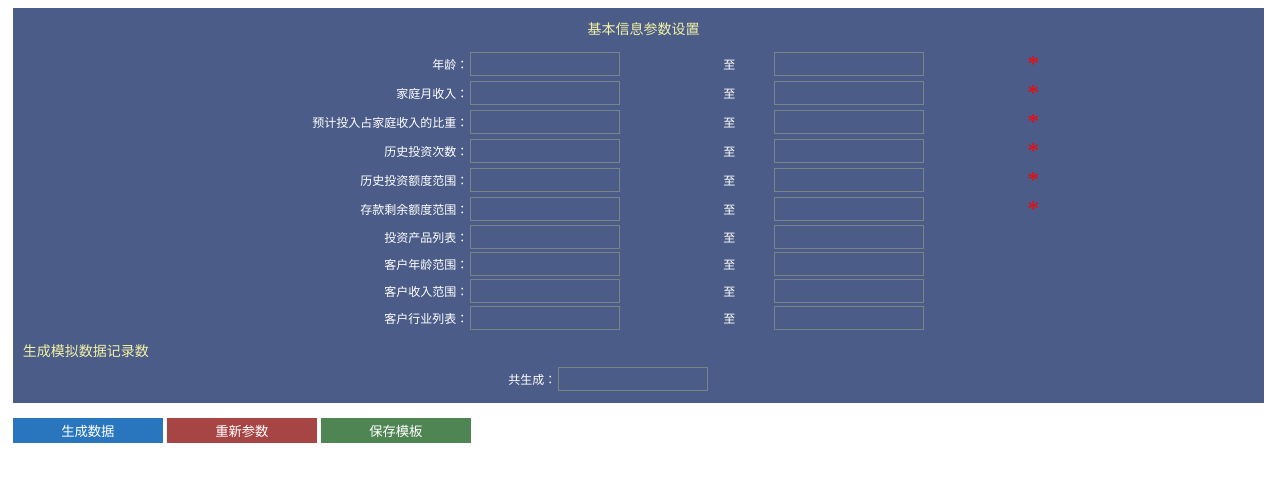
Repository: trieyouth/BigData
Page: http://localhost/BigData/WEB-INF/views/invesr-client-perference-analyse-system/data-collect/generateData.jsp
These files come from the project's save history. The page is drawn as it stood at one moment and after the next save; the edit follows.
The browser window is 1280 px wide. The pictures show the whole page.
The page is served by Tomcat 9. Nobody is signed in. The template is opened directly, without the code that normally fills it, so the values that code supplies are empty.

Above is the page before, as saved 2016-03-13 06:44:06.

After the next save:
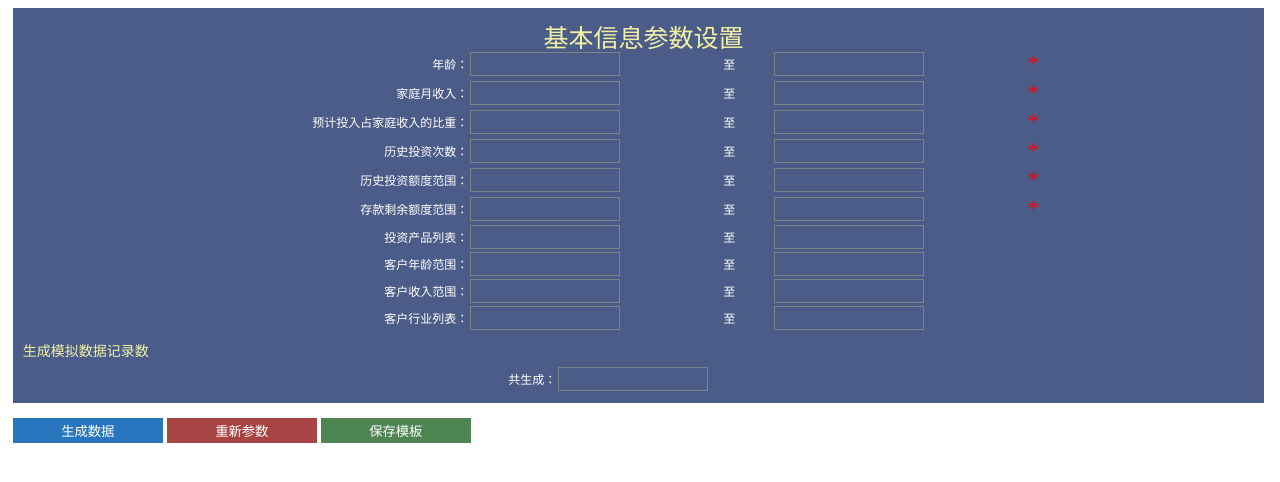
Saved 25 s later.
--- a/BigData/WebRoot/WEB-INF/views/invesr-client-perference-analyse-system/data-collect/generateData.jsp
+++ b/BigData/WebRoot/WEB-INF/views/invesr-client-perference-analyse-system/data-collect/generateData.jsp
@@ -18,7 +18,7 @@
 <form  method="post" action="">
   <div style="height:4px; width:100%;"></div>
   <div id="lightcolor">
-    <div style="height:30px; width:70%;font-size: 25px;text-align: center;"><label  id="labelhead">基本信息参数设置</label></div>
+    <div style="height:30px; width:70%; text-align: center;"><label  id="labelhead"  style="font-size: 25px;" >基本信息参数设置</label></div>
 
     <table frame="void" width = "70%" height="25" >
       <tr>
